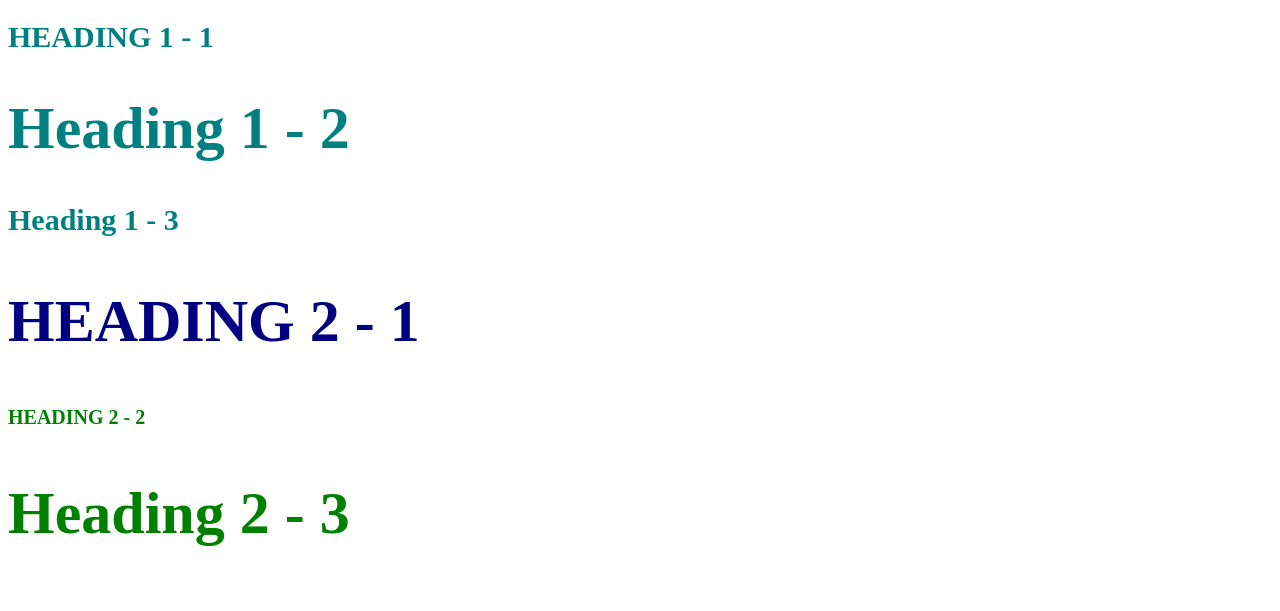
Repository: alcarrizo/Cartoon-Hero
Page: style-test.html
These files come from the project's save history. The page is drawn as it stood at one moment and after the next save; the edit follows.
The browser window is 1280 px wide. The pictures show the whole page.

Above is the page before, as saved 2022-10-03 14:20:57.

### style-test.html
<!DOCTYPE html>
<html lang="en">
<head>
    <meta charset="UTF-8">
    <meta http-equiv="X-UA-Compatible" content="IE=edge">
    <meta name="viewport" content="width=device-width, initial-scale=1.0">
    <title>style-test page</title>
    <style type="text/css">
        h1{
            font-size: 30px;
            color:teal;
        }
        h2{
            font-size: 20px;
            color: red;
        }
        h2{
            color: green;
        }
        .big{
            font-size: 60px;

        }
        .uppercase{
            text-transform: uppercase;
        }
        .big.uppercase{
            color:navy;
        }
    </style>
</head>
<body>
    <h1 class="uppercase">Heading 1 - 1</h1>
    <h1 class="big">Heading 1 - 2</h1>
    <h1>Heading 1 - 3</h1>
    <h2 class="big uppercase">Heading 2 - 1</h2>
    <h2 class="uppercase">Heading 2 - 2</h2>
    <h2 class="big">Heading 2 - 3</h2>

</body>
</html>

After the next save:
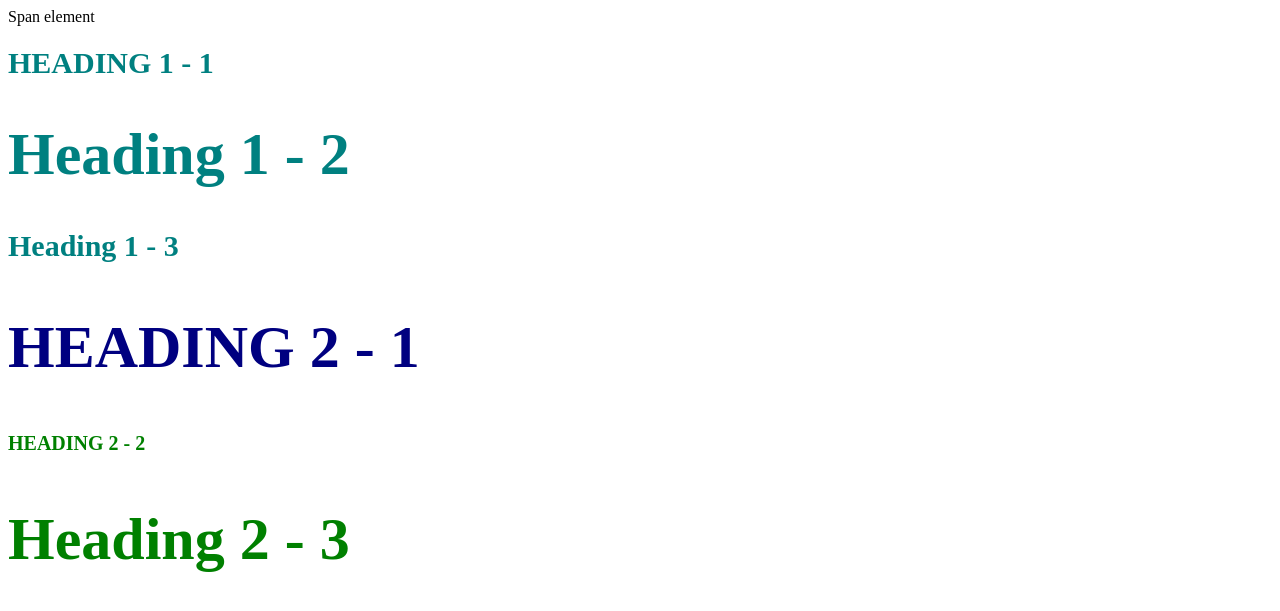
Saved 61 s later.
--- a/style-test.html
+++ b/style-test.html
@@ -30,7 +30,8 @@
     </style>
 </head>
 <body>
-    <h1 class="uppercase">Heading 1 - 1</h1>
+    <span>Span element</span>
+    <h1 class="uppercase"><span>Heading 1 - 1</span></h1>
     <h1 class="big">Heading 1 - 2</h1>
     <h1>Heading 1 - 3</h1>
     <h2 class="big uppercase">Heading 2 - 1</h2>
